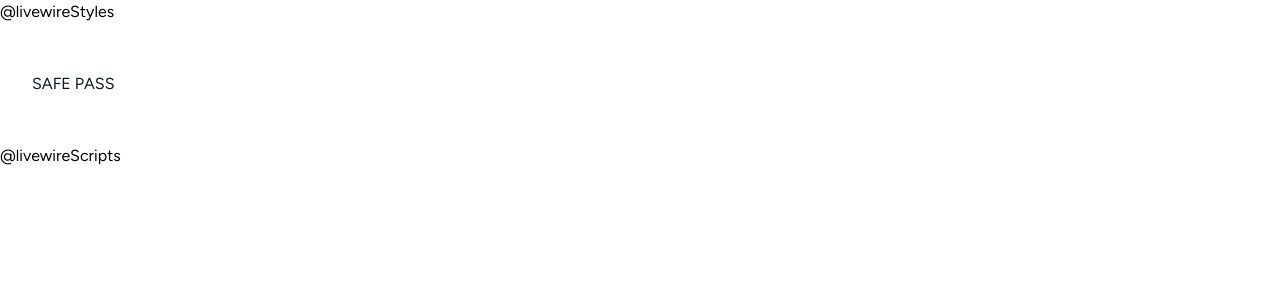
Repository: armendzz/safepass
Page: http://localhost/
The author's editor kept a copy of each file at every save. The page is drawn from the files as they stood at one save, then again after the next save.
The browser window is 1280 px wide. The pictures show the whole page.
The page is served by the project's Laravel application, run on PHP 8.4 with Laravel 12. Other server files are loaded and not shown. Style sheets and scripts are compiled from the project's sources, by tool versions that may differ from the author's.

Above is the page before, as saved 2024-11-05 16:41:09.

### routes/web.php
<?php

use Illuminate\Support\Facades\Route;

Route::get('/', [App\Http\Controllers\HomeController::class, 'index'])->name('home.index');

Route::middleware([
    'auth:sanctum',
    config('jetstream.auth_session'),
    'verified',
])->group(function () {
    Route::get('/dashboard', function () {
        return view('dashboard');
    })->name('dashboard');
});

### resources/views/home.blade.php
<x-guest-layout>
    <x-slot name="header">
        <h2 class="font-semibold text-xl text-gray-800 leading-tight">
            {{ __('Dashboard') }}
        </h2>
    </x-slot>

    <div class="py-12">
        <div class="max-w-7xl mx-auto sm:px-6 lg:px-8">
           <h1>SAFE PASS</h1>
        </div>
    </div>
</x-guest-layout>

Loaded but not shown: app/Http/Controllers/HomeController.php (common file); app/Http/Controllers/Controller.php (common file); app/View/Components/GuestLayout.php (common file); resources/views/layouts/guest.blade.php (common file); resources/css/app.css (common file); tailwind.config.js (common file)

After the next save:
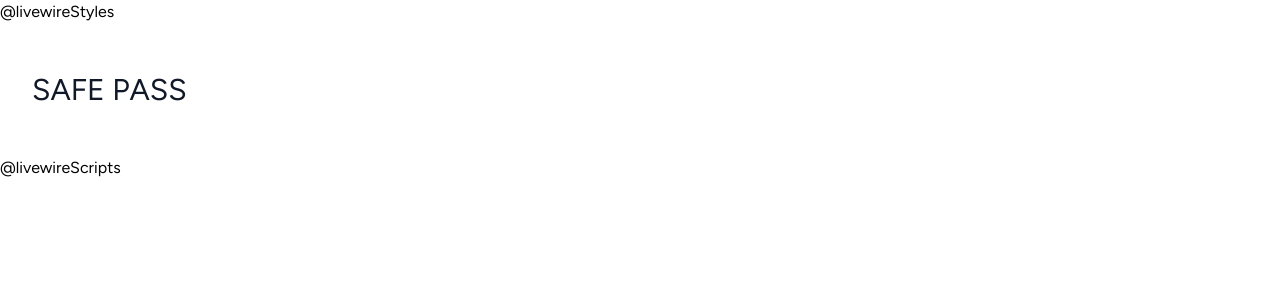
Saved 7 s later.
--- a/resources/views/home.blade.php
+++ b/resources/views/home.blade.php
@@ -7,7 +7,7 @@
 
     <div class="py-12">
         <div class="max-w-7xl mx-auto sm:px-6 lg:px-8">
-           <h1>SAFE PASS</h1>
+           <h1 class="text-3xl">SAFE PASS</h1>
         </div>
     </div>
 </x-guest-layout>
